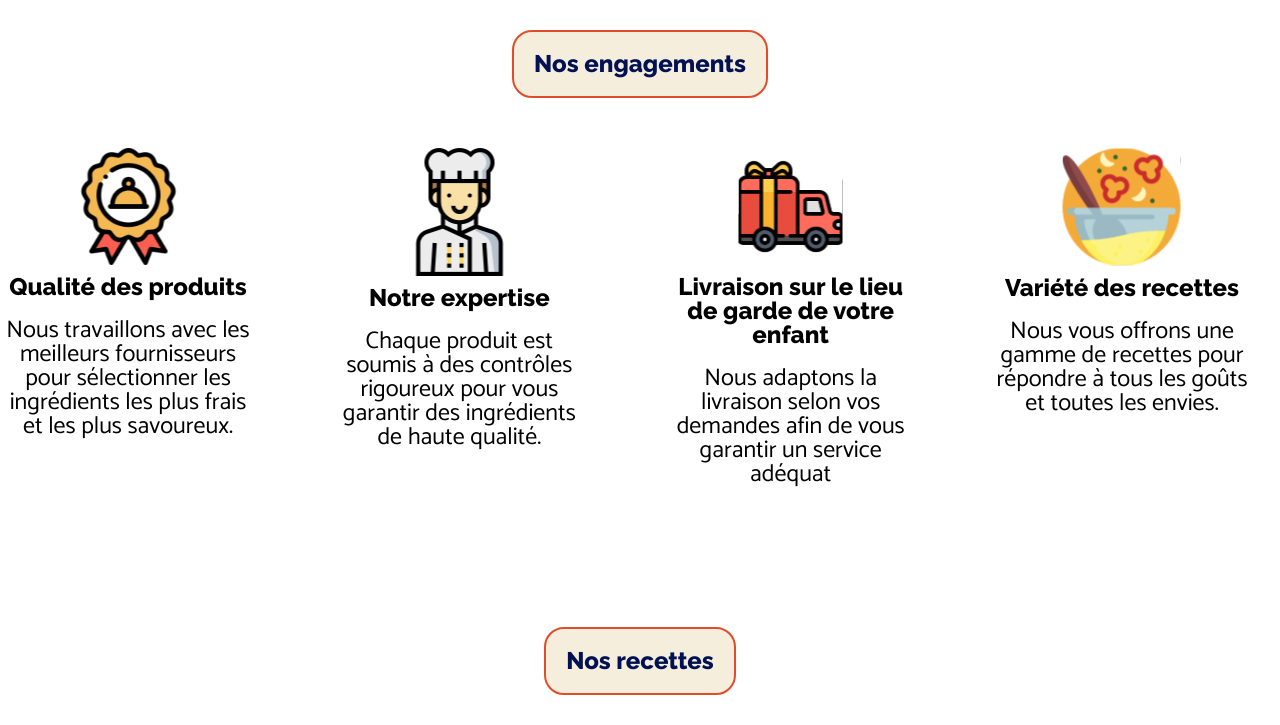
Repository: minus-team7/minus_team7
Page: minus_homepage.html
An editor plug-in stored every save of this project. The page is shown before and after a run of saves, followed by the edit.
The browser window is 1280 px wide. The pictures show the part of the page from y = 742 to 1467 px (the page is 3736 px tall before and 3766 px after).
A picture or video elsewhere on the page could not be fetched, so the positions and the page height are approximate.

Above is the page before, as saved 2023-02-13 09:59:46.

After the next 3 saves:
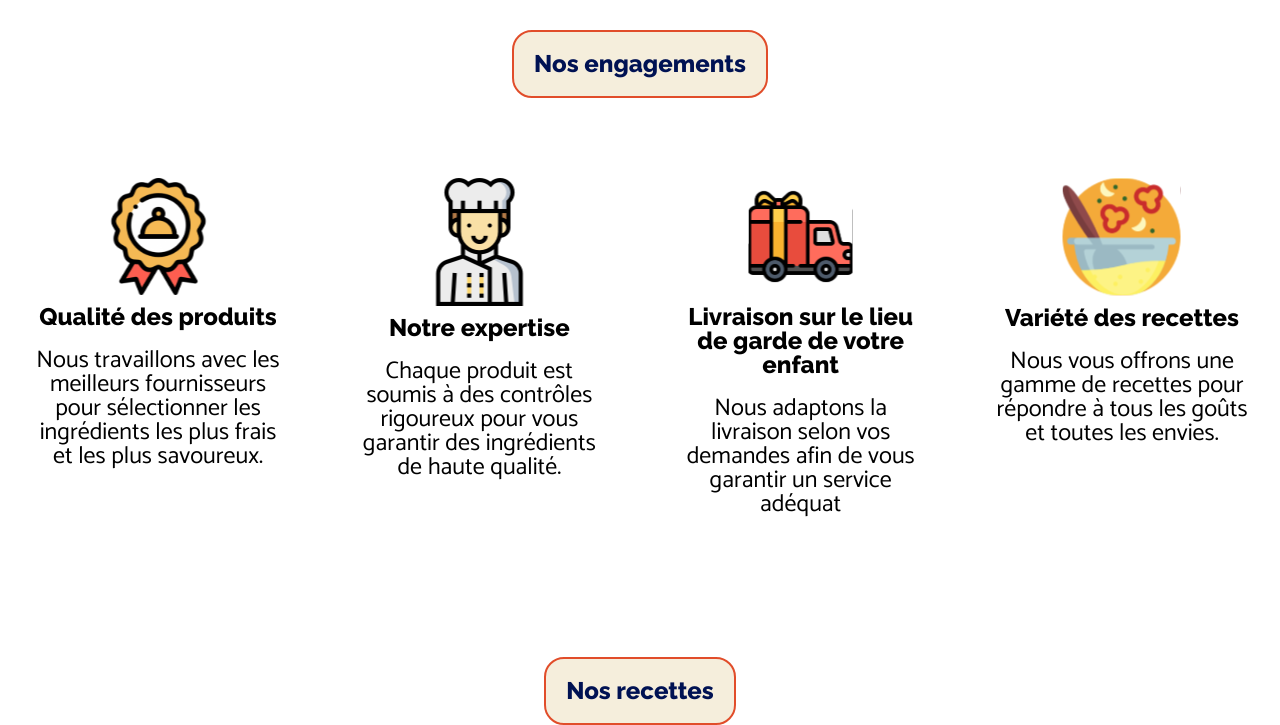
The 3 saves are shown as one change because they came seconds apart.
The last was saved 35 s later.
--- a/minus_homepage.css
+++ b/minus_homepage.css
@@ -58,8 +58,7 @@ h2{
     flex-direction: column;
     min-width: 220px;
     justify-content: flex-start;
-    margin-right: 30px;
-    margin-bottom: 30px;
+    margin: 30px;
     align-items: center;
     text-align: center;
 }
